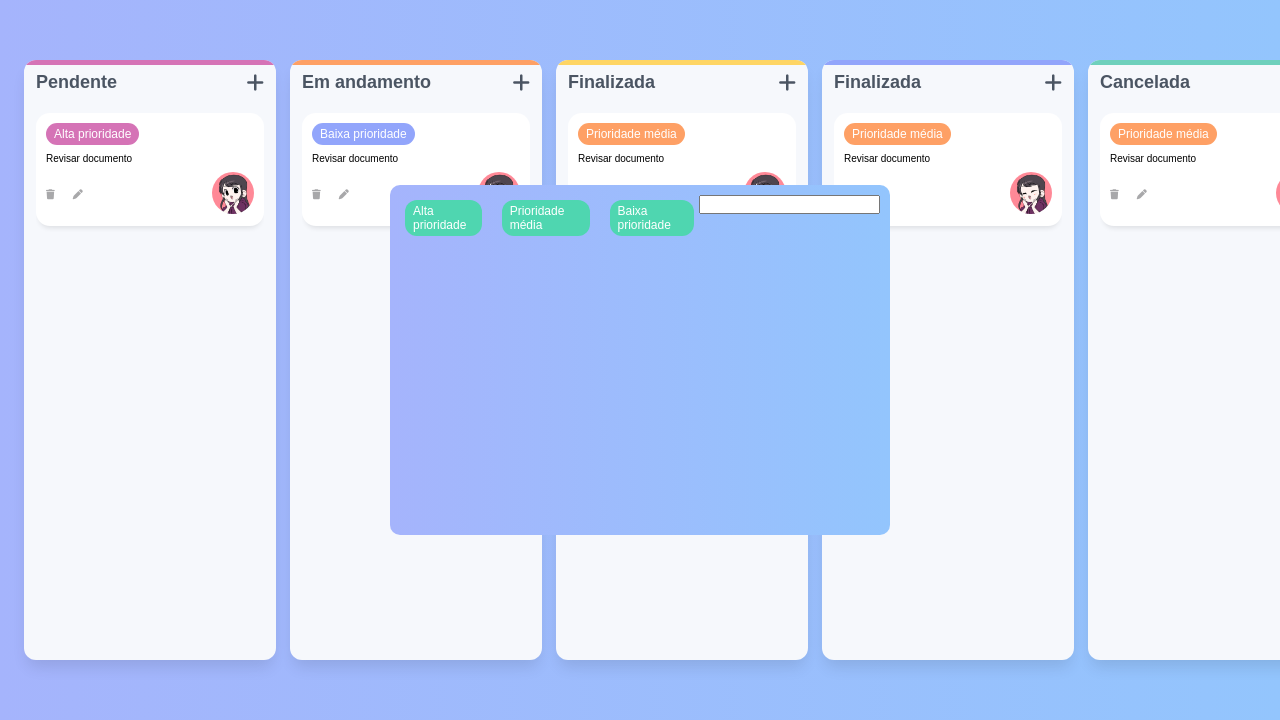
Repository: Marinalr-25/ProjetoToDoList
Page: index.html
An editor plug-in stored every save of this project. The page is shown before and after the next save, followed by the edit.
The browser window is 1280 px wide. The pictures show the whole page.
Some web fonts or font styles are not loaded; a fallback is used. Some web libraries are served in a nearby version.

Above is the page before, as saved 2024-10-31 18:20:07.

After the next save:
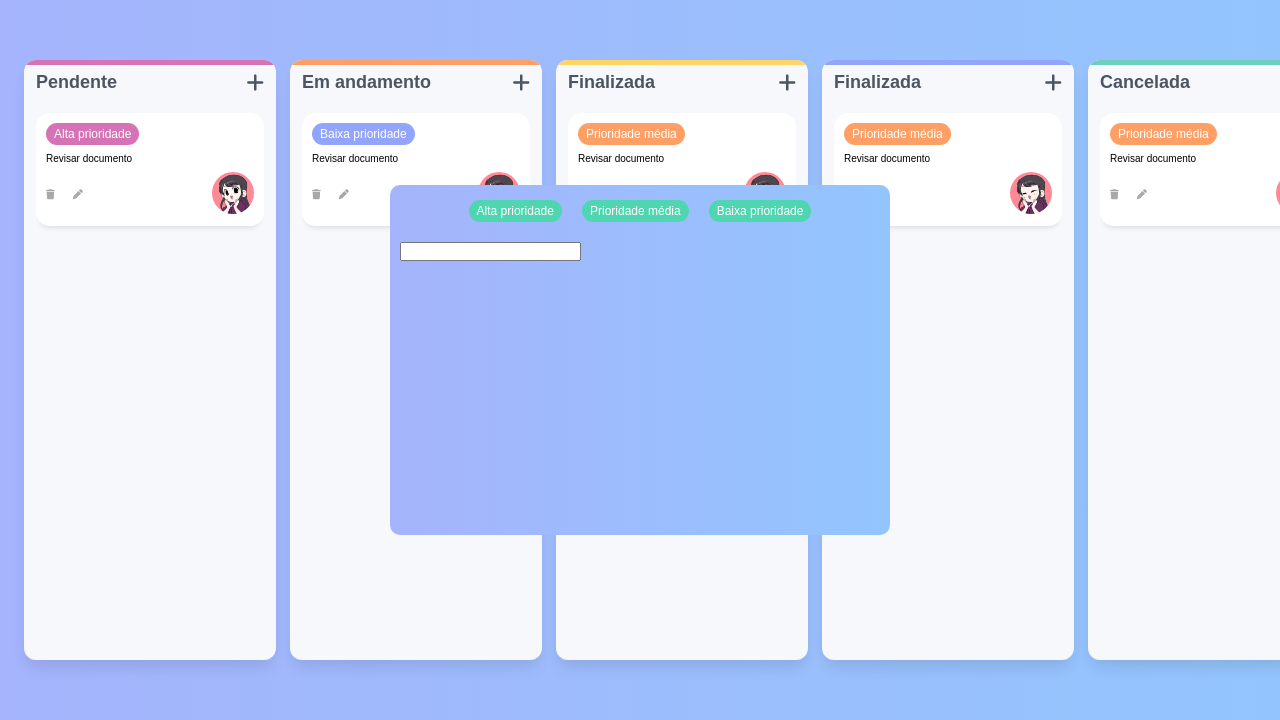
Saved 12 s later.
--- a/css/style.css
+++ b/css/style.css
@@ -167,6 +167,8 @@ body {
 .adicionando {
   padding: 1rem;
   display: flex;
+  flex-direction: column;
+  gap: 1.5rem;
   position: fixed;
   top: 50%;
   left: 50%;
